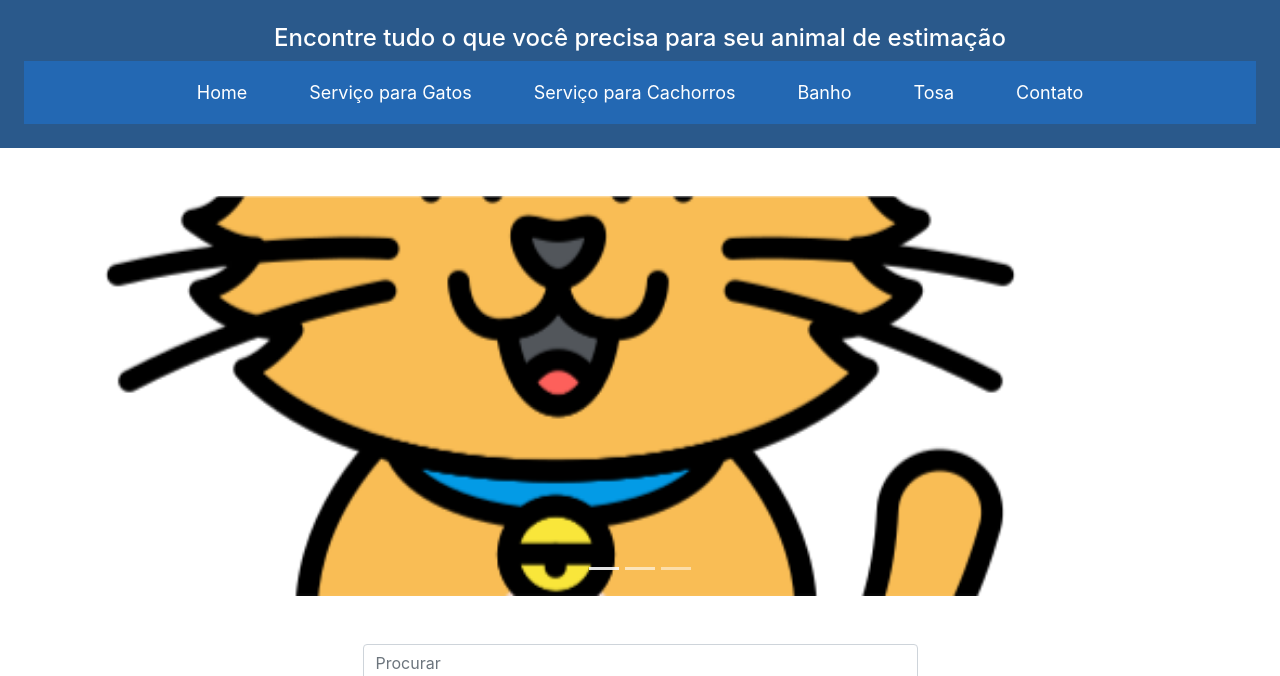
Repository: graeff01/petshop-project
Page: index.html
An editor plug-in stored every save of this project. The page is shown before and after the next save, followed by the edit.
The browser window is 1280 px wide. The pictures show the part of the page from y = 0 to 676 px (the page is 2056 px tall before and 1856 px after).
A picture or video elsewhere on the page could not be fetched, so the positions and the page height are approximate.

Above is the page before, as saved 2024-09-18 11:07:36.

After the next save:
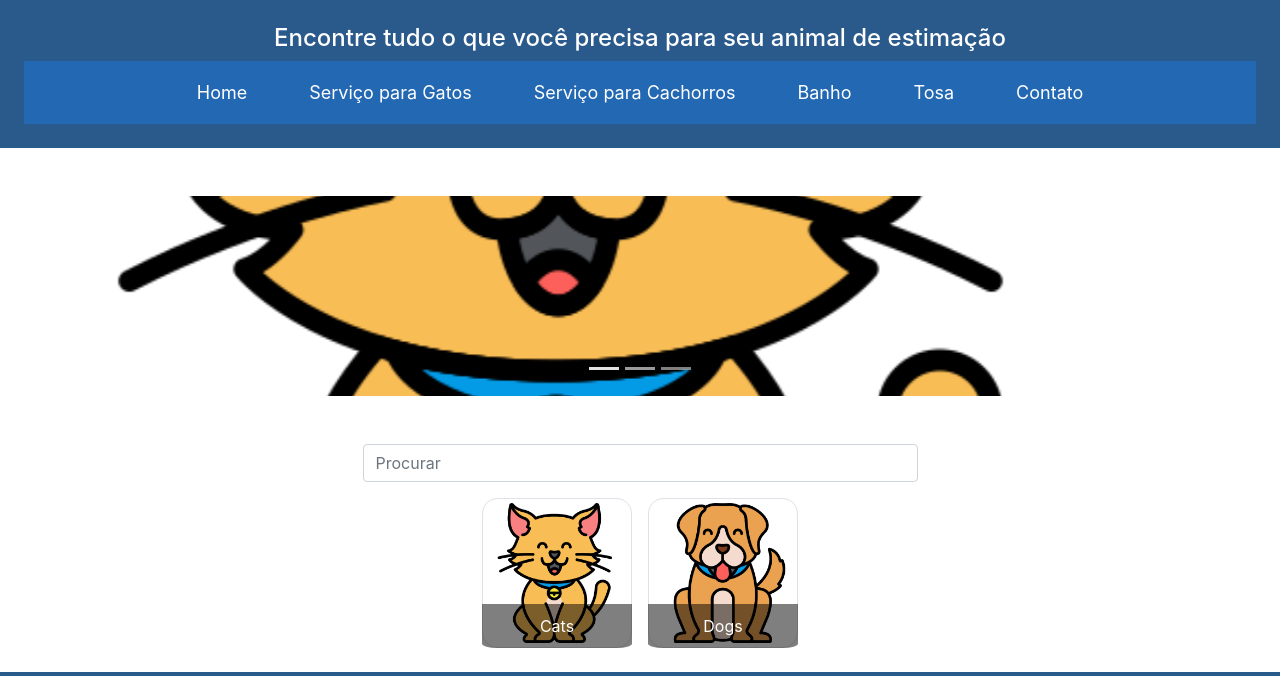
Saved 29 s later.
--- a/css/style.css
+++ b/css/style.css
@@ -62,7 +62,7 @@ nav ul li a:hover {
 
 /* Carrossel */
 .carousel-item img {
-    max-height: 400px;
+    max-height: 200px;
     object-fit: cover;
 }
 
